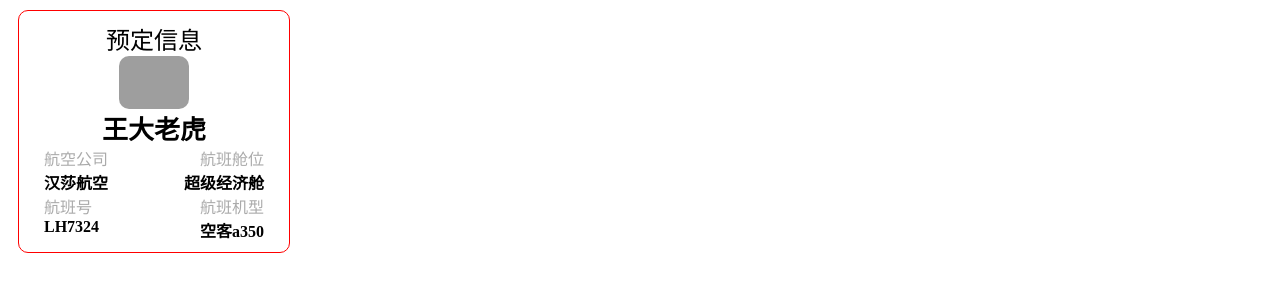
Repository: xzm1997/react-learning
Page: /
These files come from the project's save history. The page is drawn as it stood at one moment and after the next save; the edit follows.
The browser window is 1280 px wide. The pictures show the whole page.
Pictures or frames that could not be fetched are drawn as grey boxes. The project was rebuilt for these pictures with package versions that can differ from the ones it lists, and the page was loaded fresh each time.

Above is the page before, as saved 2023-01-31 10:44:53.

### src/index.js
import React from 'react';
import ReactDOM from 'react-dom/client';
import './index.css';

export function UserInfo(props) {
  return (
    <div className='userInfo'>
      <img
        src='https://img1.baidu.com/it/u=2017107515,121176475&fm=253&fmt=auto&app=138&f=JPEG?w=500&h=500'
        alt='ava'
        className='ava'
      ></img>
      <div className='userName'>{props.userName}</div>
    </div>
  )
}

export function InfoShow(props) {
  return (
    <div>
      <div className='bookTitle'>{props.title}</div>
      <div className='bookContent'>{props.content}</div>
    </div>
  )
}

export function BookInfo(props) {
  return (
    <div className='contentDisplay'>
      <div className='totalTitle'>预定信息</div>
      <UserInfo userName={props.userName} />
      <div className='infoDisplay'>
        <div className='infoItem leftSide'>
          <InfoShow title='航空公司' content={props.ticketInfo.airline}/>
          <InfoShow title='航班号' content={props.ticketInfo.flightNum}/>
        </div>
        <div className='infoItem rightSide'>
          <InfoShow title='航班舱位' content={props.ticketInfo.level}/>
          <InfoShow title='航班机型' content={props.ticketInfo.plane}/>
        </div>
      </div>
    </div>
    )
}

export function Root() {
  const userName = '王大老虎';
  const ticketInfo = {
    airline : '汉莎航空',
    flightNum : 'LH7324',
    level : '超级经济舱',
    plane : '空客a350'
  }
  return (
    <div>
      <BookInfo
        userName={userName}
        ticketInfo={ticketInfo}
      />
    </div>
  )
}

// ========================================

const root = ReactDOM.createRoot(document.getElementById("root"));
root.render(<Root />);

### src/index.css
.contentDisplay {
  width: 250px;
  border: solid 1px red;
  border-radius: 10px;
  padding:10px;
  margin: 10px;
  display: flex;
  flex-direction: column;
  align-items: center;
}

.userInfo {
  display: flex;
  flex-direction: column;
  align-items: center;
}

.ava {
  width: 70px;
  border-radius: 10px;
}

.userName {
  font-weight: 700;
  font-size: 26px;
}

.bookTitle {
  color: #aaa;
}

.totalTitle {
  font-size: 24px;

}

.bookContent {
  font-weight: 700;
}

.infoDisplay {
  display: flex;
}

.infoItem {
  width: 110px;
}

.rightSide {
  text-align: right;
}

Loaded but not shown: public/index.html (common file)

After the next save:
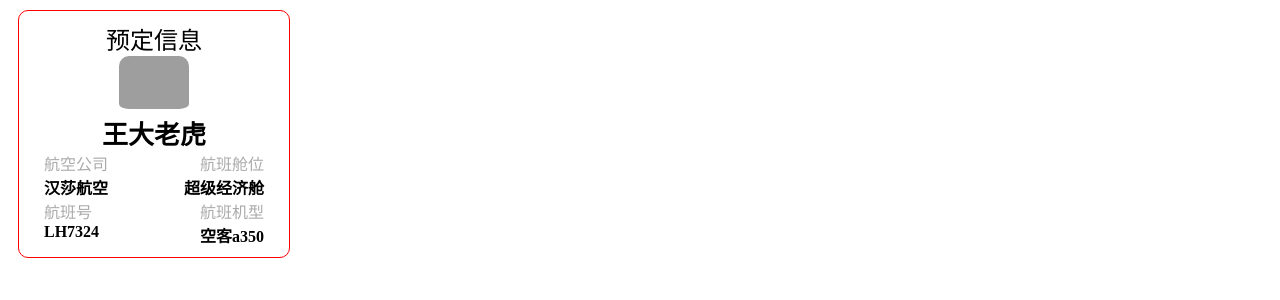
Saved 21 s later.
--- a/src/index.css
+++ b/src/index.css
@@ -18,6 +18,7 @@
 .ava {
   width: 70px;
   border-radius: 10px;
+  padding-bottom: 5px;
 }
 
 .userName {
